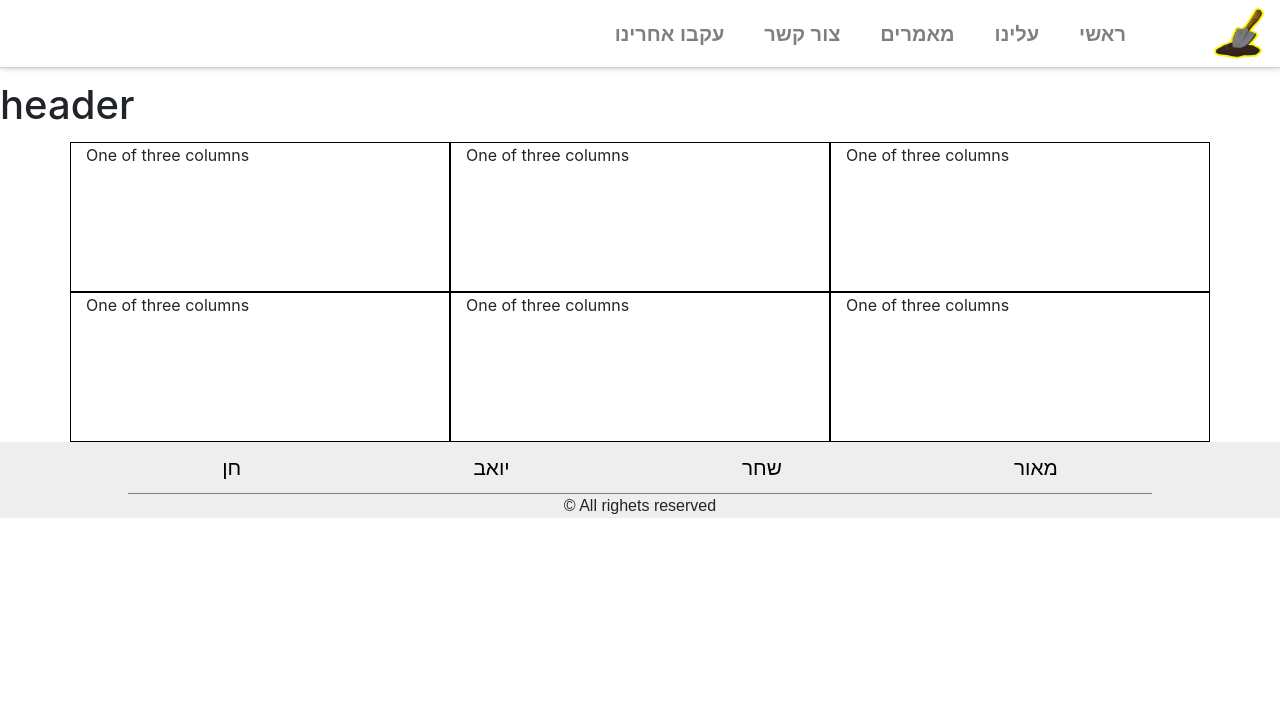
Repository: yoavBenZion/Blog-Zubi
Page: articlesPage.html
An editor plug-in stored every save of this project. The page is shown before and after the next save, followed by the edit.
The browser window is 1280 px wide. The pictures show the whole page.
Some web fonts or font styles are not loaded; a fallback is used. Some web libraries are served in a nearby version.

Above is the page before, as saved 2017-10-26 11:33:42.

### articlesPage.html
<!DOCTYPE html>
<html lang="he">

<head>
    <meta charset="UTF-8">
    <meta name="viewport" content="width=device-width, initial-scale=1,user-scalable=no;">
    <title>החופרים</title>
    <link rel="stylesheet" href="https://maxcdn.bootstrapcdn.com/bootstrap/4.0.0-beta/css/bootstrap.min.css" integrity="sha384-/Y6pD6FV/Vv2HJnA6t+vslU6fwYXjCFtcEpHbNJ0lyAFsXTsjBbfaDjzALeQsN6M"
        crossorigin="anonymous">
    <link rel="stylesheet" href="https://maxcdn.bootstrapcdn.com/bootstrap/4.0.0-beta.2/css/bootstrap.min.css" integrity="sha384-PsH8R72JQ3SOdhVi3uxftmaW6Vc51MKb0q5P2rRUpPvrszuE4W1povHYgTpBfshb"
        crossorigin="anonymous">

    <script src="https://code.jquery.com/jquery-3.2.1.slim.min.js" integrity="sha384-KJ3o2DKtIkvYIK3UENzmM7KCkRr/rE9/Qpg6aAZGJwFDMVNA/GpGFF93hXpG5KkN"
        crossorigin="anonymous"></script>
    <script src="https://cdnjs.cloudflare.com/ajax/libs/popper.js/1.12.3/umd/popper.min.js" integrity="sha384-vFJXuSJphROIrBnz7yo7oB41mKfc8JzQZiCq4NCceLEaO4IHwicKwpJf9c9IpFgh"
        crossorigin="anonymous"></script>
    <script src="https://maxcdn.bootstrapcdn.com/bootstrap/4.0.0-beta.2/js/bootstrap.min.js" integrity="sha384-alpBpkh1PFOepccYVYDB4do5UnbKysX5WZXm3XxPqe5iKTfUKjNkCk9SaVuEZflJ"
        crossorigin="anonymous"></script>
    <link rel="stylesheet" href="css/Gridrispon.css" type="text/css">
    <link rel="stylesheet" href="css/header.css" type="text/css">
    <link rel="stylesheet" href="css/PopupRispon.css">
    <link rel="stylesheet" href="css/footer.css">
    <link rel="stylesheet" type="text/css" href="css/articlesPage.css">



</head>

<body dir="rtl">
    <header>

        <nav class="navbar navbar-expand-sm navbar-light bg-faded">
            <button class="navbar-toggler" type="button" data-toggle="collapse" data-target="#nav-content" aria-controls="nav-content"
                aria-expanded="false" aria-label="Toggle navigation">
                <span class="navbar-toggler-icon"></span>
            </button>
            <div class="logo">
                <img src="./img/shovel-575661_1280.png">
            </div>
            <!-- Brand -->
            <a class="navbar-brand" href="#"> </a>

            <!-- Links -->
            <div class="collapse navbar-collapse" id="nav-content">
                <ul class="navbar-nav">
                    <li class="nav-item">
                        <a class="nav-link" href="#1">ראשי</a>
                    </li>
                    <li class="nav-item">
                        <a class="nav-link" href="#2">עלינו</a>
                    </li>
                    <li class="nav-item">
                        <a class="nav-link" href="#5">מאמרים</a>
                    </li>
                    <li class="nav-item">
                        <a class="nav-link" href="contact.html">צור קשר</a>
                    </li>
                    <li class="nav-item">
                        <a class="nav-link" href="subscribe.html">עקבו אחרינו</a>
                    </li>

                </ul>

            </div>

        </nav>

    </header>


    <h1>header</h1>
    <div class="container">
        <div class="row">
            <div class="col">
                One of three columns
            </div>
            <div class="col">
                One of three columns
            </div>
            <div class="col">
                One of three columns
            </div>
        </div>
        <div class="row">
            <div class="col">
                One of three columns
            </div>
            <div class="col">
                One of three columns
            </div>
            <div class="col">
                One of three columns
            </div>
        </div>
    </div>

    <footer id="footer">
        <ul>
            <li class="box">
                <a class="button" href="#popup3">
                    מאור
                </a>
            </li>
            <li class="box">
                <a class="button" href="#popup2">
                    שחר
                </a>
            </li>
            <li class="box">
                <a class="button" href="#popup1">
                    יואב
                </a>
            </li>
            <li>
                <a class="button" href="#popup4">
                    חן
                </a>
            </li>
        </ul>
        </div>
        <!--yoav popup-->
        <div id="popup1" class="overlay">
            <div class="popup">
                <h2>Yoav Benzion</h2>
                <a class="close" href="#footer">&times;</a>
                <div class="content">
                    <div class="footer-social-icons">
                        <img class="avatar" src="img/yoav.jfif">
                        <p>front end web developer</p>
                        <h4 class="_14">Follow me on:</h4>
                        <ul class="social-icons">
                            <li>
                                <a href="https://www.facebook.com/yoav.benzion.5" target="_blank" class="social-icon">
                                    <i class="fa fa-facebook"></i>
                                </a>
                            </li>
                            <li>
                                <a href="https://twitter.com/Yoav_BenZion" target="_blank" class="social-icon">
                                    <i class="fa fa-twitter"></i>
                                </a>
                            </li>
                            <li>
                                <a href="https://github.com/yoavBenZion" target="_blank" class="social-icon">
                                    <i class="fa fa-github"></i>
                                </a>
                            </li>
                            <li>
                                <a href="https://codepen.io/yoavBZ/" target="_blank" class="social-icon">
                                    <i class="fa fa-codepen"></i>
                                </a>
                            </li>
                            <li>
                                <a href="https://www.linkedin.com/in/yoav-benzion-45818360/" target="_blank" class="social-icon">
                                    <i class="fa fa-linkedin"></i>
                                </a>
                            </li>
                            <li>
                                <a href="https://stackoverflow.com/users/8386160/yoav-b" target="_blank" class="social-icon">
                                    <i class="fa fa-stack-overflow"></i>
                                </a>
                            </li>
                        </ul>
                    </div>
                </div>
            </div>
        </div>
        <!--Shachar popup-->
        <div id="popup2" class="overlay">
            <div class="popup">
                <h2>Shachar</h2>
                <a class="close" href="#footer">&times;</a>
                <div class="content">
                    <div class="footer-social-icons">
                        <img class="avatar" src="img/kid.jpg">
                        <p>front end web developer</p>
                        <h4 class="_14">Follow me on:</h4>
                        <ul class="social-icons">
                            <li>
                                <a href="" class="social-icon">
                                    <i class="fa fa-facebook"></i>
                                </a>
                            </li>
                            <li>
                                <a href="" class="social-icon">
                                    <i class="fa fa-twitter"></i>
                                </a>
                            </li>
                            <li>
                                <a href="" class="social-icon">
                                    <i class="fa fa-github"></i>
                                </a>
                            </li>
                            <li>
                                <a href="" class="social-icon">
                                    <i class="fa fa-codepen"></i>
                                </a>
                            </li>
                            <li>
                                <a href="" class="social-icon">
                                    <i class="fa fa-linkedin"></i>
                                </a>
                            </li>
                            <li>
                                <a href="" class="social-icon">
                                    <i class="fa fa-stack-overflow"></i>
                                </a>
                            </li>
                        </ul>
                    </div>
                </div>
            </div>
        </div>

        <!--Maor popup-->

        <div id="popup3" class="overlay">
            <div class="popup">
                <h2>Maor</h2>
                <a class="close" href="#footer">&times;</a>
                <div class="content">
                    <div class="footer-social-icons">
                        <img class="avatar" src="img/mona.jpg">
                        <p>front end web developer</p>
                        <h4 class="_14">Follow me on:</h4>
                        <ul class="social-icons">
                            <li>
                                <a href="" class="social-icon">
                                    <i class="fa fa-facebook"></i>
                                </a>
                            </li>
                            <li>
                                <a href="" class="social-icon">
                                    <i class="fa fa-twitter"></i>
                                </a>
                            </li>
                            <li>
                                <a href="" class="social-icon">
                                    <i class="fa fa-github"></i>
                                </a>
                            </li>
                            <li>
                                <a href="" class="social-icon">
                                    <i class="fa fa-codepen"></i>
                                </a>
                            </li>
                            <li>
                                <a href="" class="social-icon">
                                    <i class="fa fa-linkedin"></i>
                                </a>
                            </li>
                            <li>
                                <a href="" class="social-icon">
                                    <i class="fa fa-stack-overflow"></i>
                                </a>
                            </li>
                        </ul>
                    </div>
                </div>
            </div>
        </div>

        <!--Chen popup-->
        <div id="popup4" class="overlay">
            <div class="popup">
                <h2>Chen Ginsberg</h2>
                <a class="close" href="#footer">&times;</a>
                <div class="content">
                    <!--          <div class="footer-social-icons">-->
                    <img class="avatar" src="img/MINER.jpg">
                    <p>front end web developer</p>
                    <h4 class="_14">Follow me on:</h4>
                    <ul class="social-icons">
                        <li>
                            <a href="https://www.facebook.com/chenogi" class="social-icon">
                                <i class="fa fa-facebook"></i>
                            </a>
                        </li>
                        <li>
                            <a href="https://github.com/ChenGinsberg?" class="social-icon">
                                <i class="fa fa-github"></i>
                            </a>
                        </li>
                        <li>
                            <a href="https://www.linkedin.com/in/chen-ginsberg-8829a713b/" class="social-icon">
                                <i class="fa fa-linkedin"></i>
                            </a>
                        </li>
                        <li>
                            <a href="https://stackoverflow.com/users/8377318/chen-ginsberg" class="social-icon">
                                <i class="fa fa-stack-overflow"></i>
                            </a>
                        </li>
                    </ul>
                </div>
            </div>
        </div>



        <div class="footer-bottem" dir="ltr">&copy; All righets reserved </div>
    </footer>
    <script src="https://code.jquery.com/jquery-3.2.1.slim.min.js" integrity="sha384-KJ3o2DKtIkvYIK3UENzmM7KCkRr/rE9/Qpg6aAZGJwFDMVNA/GpGFF93hXpG5KkN"
        crossorigin="anonymous"></script>
    <script src="https://cdnjs.cloudflare.com/ajax/libs/popper.js/1.11.0/umd/popper.min.js" integrity="sha384-b/U6ypiBEHpOf/4+1nzFpr53nxSS+GLCkfwBdFNTxtclqqenISfwAzpKaMNFNmj4"
        crossorigin="anonymous"></script>
    <script src="https://maxcdn.bootstrapcdn.com/bootstrap/4.0.0-beta/js/bootstrap.min.js" integrity="sha384-h0AbiXch4ZDo7tp9hKZ4TsHbi047NrKGLO3SEJAg45jXxnGIfYzk4Si90RDIqNm1"
        crossorigin="anonymous"></script>
</body>

</html>

### css/footer.css
@import url(http://fonts.googleapis.com/earlyaccess/alefhebrew.css);
footer {
  background-color: #eee;
  text-align: center;
  font-family: "Alef Hebrew", sans-serif;
  font-size: 1.3rem;
}

footer ul {
  display: flex;
  flex-direction: row;
  padding-right: 0;
  justify-content: space-evenly;
}

footer ul>li {
  list-style: none;
  padding: 10px;
  /*  background-color: #29C3FF;*/
}

footer ul>li:nth-child(odd) {
  color: #93A2A8;
}

footer ul>li:nth-child(even) {
  color: #E2DDE7;
}

footer ul>li:hover {
  background-color: #fff;
  /*  flex: 1;*/
  /*  font-size: 1.5rem;*/
  color: #E2DD11;
  /*  background-repeat: no-repeat;*/
}


/*
footer ul {
  display: grid;
  grid-template-columns: repeat(4, 1fr);
  grid-auto-rows:minmax(50px, auto);
  margin-right: -40px;
 grid-gap: 0.5em;
}
*/

.about,
.footer-bottem {
  text-align: center;
  width: 80%;
  margin: 0 auto;
}

.about {
  border-bottom: 1px dotted black;
}

.footer-bottem {
  border-top: 0.5px solid grey;
  font-size: 1rem;
}

### css/articlesPage.css
/* Grid */

body {
    background-color: ;
}

.col {
    height: 150px;
    border: 1px solid black;
}

Loaded but not shown: css/PopupRispon.css (986 lines, source omitted); css/Gridrispon.css (977 lines, source omitted); css/header.css (no stored copy; drawn as an empty file)

After the next save:
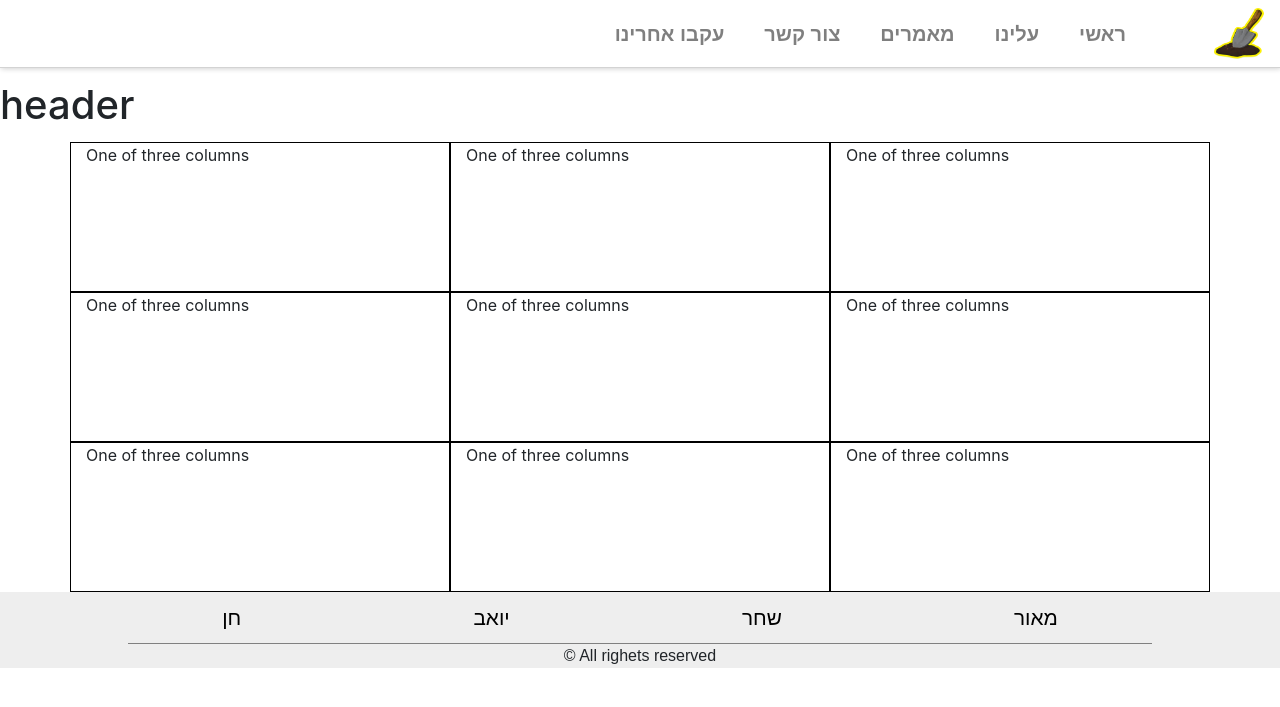
Saved 22 s later.
--- a/articlesPage.html
+++ b/articlesPage.html
@@ -70,6 +70,17 @@
 
     <h1>header</h1>
     <div class="container">
+        <div class="row">
+            <div class="col">
+                One of three columns
+            </div>
+            <div class="col">
+                One of three columns
+            </div>
+            <div class="col">
+                One of three columns
+            </div>
+        </div>
         <div class="row">
             <div class="col">
                 One of three columns
